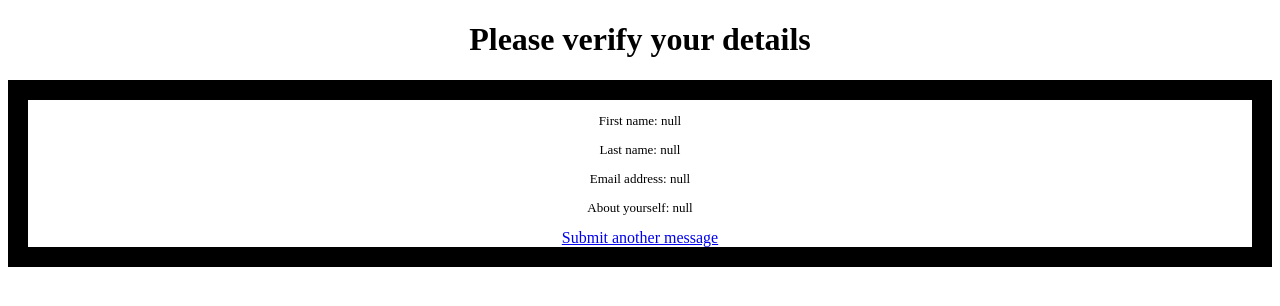
Repository: hornstein-inc/Training
Page: http://localhost/result
An editor plug-in stored every save of this project. The page is shown before and after the next save, followed by the edit.
The browser window is 1280 px wide. The pictures show the whole page.
The page is this project's Thymeleaf template; nobody is signed in. The template is opened directly, without the code that normally fills it, so the values that code supplies are empty.

Above is the page before, as saved 2019-04-29 08:55:42.

After the next save:
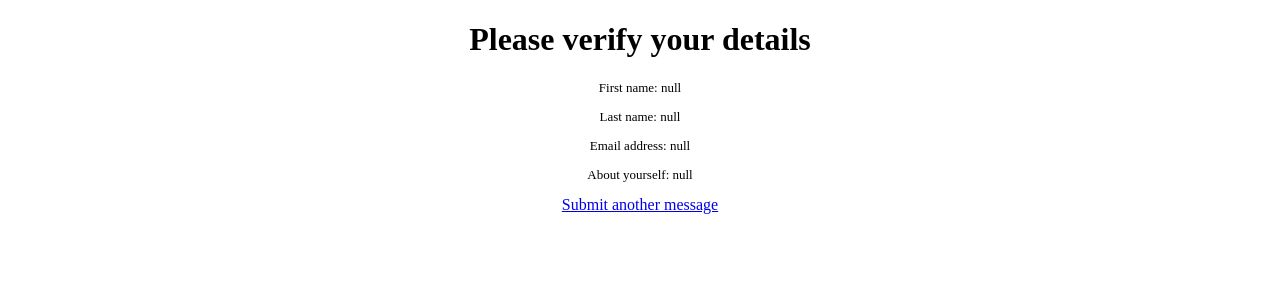
Saved 106 s later.
--- a/Training/gs-handling-form-submission/initial/src/main/resources/static/css/style.css
+++ b/Training/gs-handling-form-submission/initial/src/main/resources/static/css/style.css
@@ -26,8 +26,8 @@ input{
 
 .resultDiv{
 	text-align: center;
-	border: solid;
-	border-width: 20px;
+	box-sizing: border-box;
+
 
 }
 
